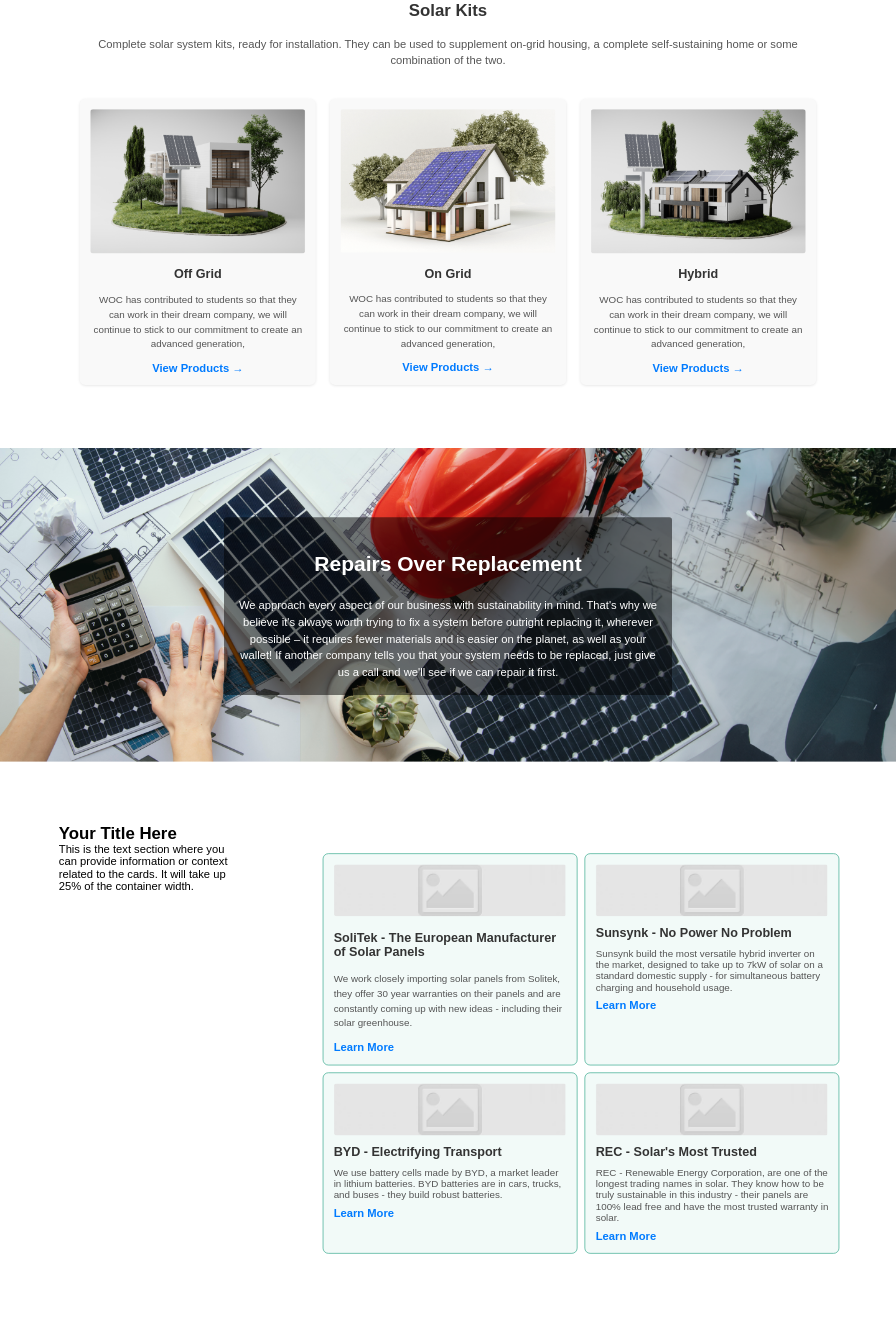
Repository: MaramNabil872/Landing-Page
Page: landingPage.html
The author's editor kept a copy of each file at every save. The page is drawn from the files as they stood at one save, then again after the next save.
The browser window is 1280 px wide. The pictures show the part of the page from y = 1970 to 3890 px (the page is 3888 px tall before and 3890 px after), at 70% of full size.

Above is the page before, as saved 2024-10-21 17:48:16.

### landingPage.html
<!DOCTYPE html>
<html lang="en">
    <head>
        <meta charset="UTF-8" />
        <meta name="viewport" content="width=device-width, initial-scale=1.0" />
        <title>Landing Page</title>
        <link rel="stylesheet" href="landingPage.css" />
    </head>
    <body>
        <nav class="navbar">
            <div class="logo">MyLogo</div>

            <ul class="nav-links">
                <li><a href="#home">Home</a></li>
                <li><a href="#about">About</a></li>
                <li><a href="#services">Services</a></li>
                <li><a href="#contact">Contact</a></li>
            </ul>
            <div class="call">
                <p>call us</p>
                <h3>+2 01017345</h3>
            </div>
        </nav>

        <div class="image-container">
            <img
                src="images/solar-panels-meadow 1.png"
                alt="Background Image"
                class="background-image"
            />
            <div class="main-text">
                <h2 class="text-wallpaper">
                    Solar Panel Installers <br />
                    In Plymouth
                </h2>
                <br />
                <p class="text-paragraph">
                    Fueled is an award-winning technology consultancy that
                    transforms <br />
                    businesses by generating ideas, building products, and
                    accelerating<br />
                    growth.
                </p>
                <div class="button-container">
                    <button class="button-wallpaper1">Call Us Today</button>
                    <button class="button-wallpaper2">
                        Requst a call back
                    </button>
                </div>
            </div>
        </div>

        <!-- first container -->

        <div class="container1">
            <div class="text-container1">
                <p class="title-container1">
                    The Friendliest Installers <br />in the South-West
                </p>
                <p class="paragraph-container1">
                    At Solidarity Solar our aims are to help our customers
                    towards a sustainable future and genuinely care about the
                    quality of products we use for our installs. We never sell
                    you equipment you don't need and will always advise to the
                    best of our ability, No hard sell or pushy sales tactics
                    ever. We take pride in our work and do our best to make sure
                    that we meet, or exceed, our customers' expectations.
                </p>
                <div class="last-container1">
                    <p>
                        <span class="number-container1">01/ </span>Collaborate
                        with 100+ leading
                    </p>
                    <p>
                        <span class="number-container1">02/ </span> 100+ leading
                        universities and companies
                    </p>
                    <p>
                        <span class="number-container1">03/ </span> leading
                        universities and companies
                    </p>
                    <p>
                        <span class="number-container1">04/ </span> universities
                        and companies
                    </p>
                </div>
            </div>
            <div class="image-container1">
                <img src="images/Rectangle 30.png" alt="solar" />
            </div>
        </div>

        <!-- second section -->

        <div class="section2">
            <img src="images/middle.png" alt="img" />
            <div class="main-text">
                <h2 class="section2-text">Power that Doesn't Cost the Earth</h2>
                <h6 class="section2-paragraph">
                    If you need advice then give us a call on 07745593882 or hit
                    the <br />
                    button below to request a call back!
                </h6>
                <button class="button-wallpaper2">Call Us Today</button>
            </div>
        </div>

        <!-- third section -->

        <div class="white-container">
            <h2 class="title">Solar Kits</h2>
            <p class="text">
                Complete solar system kits, ready for installation. They can be
                used to supplement on-grid housing, a complete self-sustaining
                home or some combination of the two.
            </p>

            <div class="card-container">
                <div class="card">
                    <img src="images/1.png" alt="Image 2" class="card-image" />
                    <h3 class="card-title">Off Grid</h3>
                    <p class="card-text">
                        WOC has contributed to students so that they can work in
                        their dream company, we will continue to stick to our
                        commitment to create an advanced generation,
                    </p>
                    <a href="#" class="card-link">View Products →</a>
                </div>
                <div class="card">
                    <img
                        src="images/solar-panels-meadow 2 (1).png"
                        alt="Image 3"
                        class="card-image"
                    />
                    <h3 class="card-title">On Grid</h3>
                    <p class="card-text">
                        WOC has contributed to students so that they can work in
                        their dream company, we will continue to stick to our
                        commitment to create an advanced generation,
                    </p>
                    <a href="#" class="card-link">View Products →</a>
                </div>
                <div class="card">
                    <img
                        src="images/solar-panels-meadow 3.png"
                        alt="Image 1"
                        class="card-image"
                    />
                    <h3 class="card-title">Hybrid</h3>
                    <p class="card-text">
                        WOC has contributed to students so that they can work in
                        their dream company, we will continue to stick to our
                        commitment to create an advanced generation,
                    </p>
                    <a href="#" class="card-link">View Products →</a>
                </div>
            </div>
        </div>

        <!-- forth section -->

        <div class="forth-image">
            <img src="images/8116 1 (1).png" alt="Full Width Image" />
            <div class="overlay-text">
                <h2 class="overlay-title">Repairs Over Replacement</h2>
                <p class="overlay-paragraph">
                    We approach every aspect of our business with sustainability
                    in mind. That's why we believe it's always worth trying to
                    fix a system before outright replacing it, wherever possible
                    – it requires fewer materials and is easier on the planet,
                    as well as your wallet! If another company tells you that
                    your system needs to be replaced, just give us a call and
                    we'll see if we can repair it first.
                </p>
            </div>
        </div>

        <!-- fifth section -->

        <div class="container4">
            <div class="text-section4">
                <h2>Your Title Here</h2>
                <p>
                    This is the text section where you can provide information
                    or context related to the cards. It will take up 25% of the
                    container width.
                </p>
            </div>
            <div class="card-section4">
                <div class="card4">
                    <img
                        src="images/image 9.png"
                        alt="Image 1"
                        class="card-image"
                    />
                    <h3 class="card-title">
                        SoliTek - The European Manufacturer of Solar Panels
                    </h3>
                    <p class="card-text">
                        We work closely importing solar panels from Solitek,
                        they offer 30 year warranties on their panels and are
                        constantly coming up with new ideas - including their
                        solar greenhouse.
                    </p>
                    <a href="#" class="card-link">Learn More</a>
                </div>
                <div class="card4">
                    <img
                        src="images/image 9.png"
                        alt="Image 2"
                        class="card-image4"
                    />
                    <h3 class="card-title4">Sunsynk - No Power No Problem</h3>
                    <p class="card-text4">
                        Sunsynk build the most versatile hybrid inverter on the
                        market, designed to take up to 7kW of solar on a
                        standard domestic supply - for simultaneous battery
                        charging and household usage.
                    </p>
                    <a href="#" class="card-link4">Learn More</a>
                </div>
                <div class="card4">
                    <img
                        src="images/image 9.png"
                        alt="Image 3"
                        class="card-image4"
                    />
                    <h3 class="card-title4">BYD - Electrifying Transport</h3>
                    <p class="card-text4">
                        We use battery cells made by BYD, a market leader in
                        lithium batteries. BYD batteries are in cars, trucks,
                        and buses - they build robust batteries.
                    </p>
                    <a href="#" class="card-link4">Learn More</a>
                </div>
                <div class="card4">
                    <img
                        src="images/image 9.png"
                        alt="Image 4"
                        class="card-image4"
                    />
                    <h3 class="card-title4">REC - Solar's Most Trusted</h3>
                    <p class="card-text4">
                        REC - Renewable Energy Corporation, are one of the
                        longest trading names in solar. They know how to be
                        truly sustainable in this industry - their panels are
                        100% lead free and have the most trusted warranty in
                        solar.
                    </p>
                    <a href="#" class="card-link4">Learn More</a>
                </div>
            </div>
        </div>
    </body>
</html>

### landingPage.css
* {
    margin: 0;
    padding: 0;
    box-sizing: border-box; /* Added for consistent sizing */
}

body {
    font-family: Arial, sans-serif;
}
@media (max-width: 480px) {
    .text-overlay {
        font-size: 1.2rem; /* Even smaller text size for very small screens */
    }

    .call h3 {
        font-size: 1.2rem; /* Adjust call size for small screens */
    }
}
@media (max-width: 768px) {
    .navbar {
        flex-direction: column; /* Stack items vertically */
        align-items: flex-start; /* Align items to the left */
    }

    .nav-links {
        margin-top: 10px; /* Space between navbar and links */
    }

    .nav-links li {
        margin-left: 0;
        margin-bottom: 10px; /* Space between links */
    }

    .text-overlay {
        font-size: 1.5rem; /* Smaller text size for mobile */
    }
}


.navbar {
    background-color: #0b9586;
    display: flex;
    justify-content: space-between;
    align-items: center;
    padding: 10px 20px;
    position: relative;
    flex-wrap: wrap; /* Allow items to wrap on smaller screens */
}

.logo {
    color: #fff;
    font-size: 24px;
}

.nav-links {
    list-style: none;
    display: flex;
    flex-wrap: wrap; /* Allow links to wrap on smaller screens */
}

.nav-links li {
    margin-left: 20px;
}

.nav-links a {
    text-decoration: none;
    color: white;
    font-size: 18px;
    transition: color 0.3s;
}

.nav-links a:hover {
    color: #f0a500;
}

.call {
    color: #fff;
    text-align: right; /* Align text to the right */
}

.image-container {
    position: relative;
    width: 100%;
    height: 100vh;
    overflow: hidden;
}

.background-image {
    width: 100%;
    height: 100%;
    object-fit: cover;
}
.main-text{
    position: absolute;
    top: 40%;
    left:5%;
}
.text-wallpaper {


    color: white;
    font-size: 40px;
    font-weight: bold;
    text-shadow: 2px 2px 4px rgba(0, 0, 0, 0.5);
}
.text-paragraph{
    color: white;
    font-size:  18px;

}
.button-container{
    display: flex;
}
.button-wallpaper1 {
    background-color: #0b9586;
    color: white;
    border: none;
    border-radius: 20em;
    padding: 0.8em 1.5em 0.8em 1.2em;
    width: 40%;
    margin: 4%;
    height: 50px;
    font-size: 16px;
    cursor: pointer;
    align-items: center;

}
.button-wallpaper2 {
    background-color:  #FFBB1C;
    ;
    color: white;
    border: none;
    border-radius: 20em;
    padding: 0.8em 1.5em 0.8em 1.2em;
    width: 40%;
    margin: 4%;
    height: 50px;
    font-size: 16px;
    cursor: pointer;
    align-items: center;

}

.container1 {
    display: flex;
    background-color: white;
    padding-top: 10%;
    border-radius: 8px;
    max-width: 1200px;
    margin: 20px auto;


}
.title-container1{
    font-size: 37px;
    font-weight: bold;


}
.text-container1 {
   flex:1;
    padding-right:5%;
padding-left: 5%;}
.paragraph-container1{
    margin-top: 5%;
    line-height: 1.3;
}

.last-container1{
    font-size: 20px;
    font-weight: bold;
    padding-top: 10%;
    line-height: 1.6;
    .number-container1{
        color:#84BD3A;
        ;
    }
}
.image-container1 {
   flex:1
}

.image-container1 img {
    width: 75%;
    height: auto;
    border-radius: 8px;
}


.section2 {
    position: relative;
    width: 100%;
    overflow: hidden;
}

.section2 img {
    width: 100%;
    height: auto; }

.section2-text {
font-size: 35px;
    color: white;

}
.section2-paragraph{
    padding-top: 5%;
    line-height: 1.5;

    font-size: 16px;
    color: white;
}

/* third section */
.white-container {
    background-color: white;
    padding: 5%;
    max-width: 1200px;
    margin: 2% auto;
}

.title {
    margin-bottom: 2%;
    font-size: 24px;
    color: #333;
    text-align: center;

}

.text {
    margin-bottom: 2%;
    font-size: 16px;
    color: #555;
    line-height: 1.5;
    text-align: center;
}

.card-container {
    display: flex;
    justify-content: space-between;
    margin-top: 4%;
}

.card {
    background-color: #f9f9f9;
    border-radius: 8px;
    box-shadow: 0 1px 4px rgba(0, 0, 0, 0.1);
    padding: 15px;
    text-align: center;
    flex: 1;
    margin: 0 10px;
}

.card-image {
    width: 100%;
    height: auto;
    border-radius: 4px;
}

.card-title {
    font-size: 18px;
    color: #333;
    margin-top: 5%;

}

.card-text {
    font-size: 14px;
    color: #555;
    margin-top: 5%;
    margin-bottom: 5%;
    line-height: 1.5;

}

.card-link {
    text-decoration: none;
    color: #007bff;
    font-weight: bold;
}

.card-link:hover {
    text-decoration: underline;
}
@media (max-width: 768px) {
    .card-container {
        flex-direction: column;
    }

    .card {
        flex: 1 1 100%;
        max-width: 100%;
        margin: 10px 0;
    }
}

/* forth css */

.forth-image {
    position: relative;
    width: 100%;
    overflow: hidden;
}

.forth-image img {
    width: 100%;
    height: auto;
}

.overlay-text {
    position: absolute;
    top: 50%;
    left: 50%;
    transform: translate(-50%, -50%);
    color: white;
    text-align: center;
    padding: 20px;
    background-color: rgba(0, 0, 0, 0.5);
    border-radius: 4px;
}
.overlay-title{
    margin-top: 5%;
    margin-bottom: 5%;
    font-size: 30px;

}
.overlay-paragraph{
    margin-top: 4%;
    line-height: 1.5;
    font-size: 16px;

}

/* //forth section// */


.container4 {
    display: flex;
    max-width: 1200px;
    margin: 5%;
}

.text-section4 {
    flex: 0 0 25%;
    padding: 20px;

}

.card-section4 {
    margin-left: 4%;
    flex: 0 0 75%;
    display: flex;
    flex-wrap: wrap;
    justify-content: space-between;
    padding: 5%;
}

.card4 {

    background-color: #3cab8f10;
    border-radius: 8px;
   border: 1px solid #3CAB90;
    padding: 15px; /* Padding inside the cards */

    flex: 0 0 calc(50% - 10px); /* Each card takes half of the card section width minus margin */
    margin: 5px; /* Margin around cards */
}

.card-image4 {
    width: 100%; /* Make the image take full width of the card */
    height: auto; /* Maintain aspect ratio */
    border-radius: 4px; /* Rounded corners for the image */
}

.card-title4 {
    font-size: 18px; /* Font size for card titles */
    color: #333; /* Color of card title text */
    margin: 10px 0; /* Margin above and below card title */
}

.card-text4 {
    font-size: 14px; /* Font size for card text */
    color: #555; /* Color of card text */
    margin: 10px 0; /* Margin above and below card text */
}

.card-link4 {
    text-decoration: none; /* Remove underline from link */
    color: #007bff; /* Link color */
    font-weight: bold; /* Bold link text */
}

.card-link4:hover {
    text-decoration: underline; /* Underline link on hover */
}

/* Media Query for Mobile Responsiveness */
@media (max-width: 768px) {
    .container4 {
        flex-direction: column; /* Stack text and cards vertically */
    }

    .text-section4 {
        flex: 1 1 100%; /* Full width for text section on mobile */
    }

    .card-section4 {
        flex: 1 1 100%; /* Full width for card section on mobile */
        display: flex; /* Use Flexbox for cards */
        flex-wrap: wrap; /* Allow cards to wrap */
    }

    .card4 {
        flex: 0 0 100%; /* Each card takes full width on mobile */
        margin: 10px 0; /* Margin above and below each card */
    }
}

After the next save:
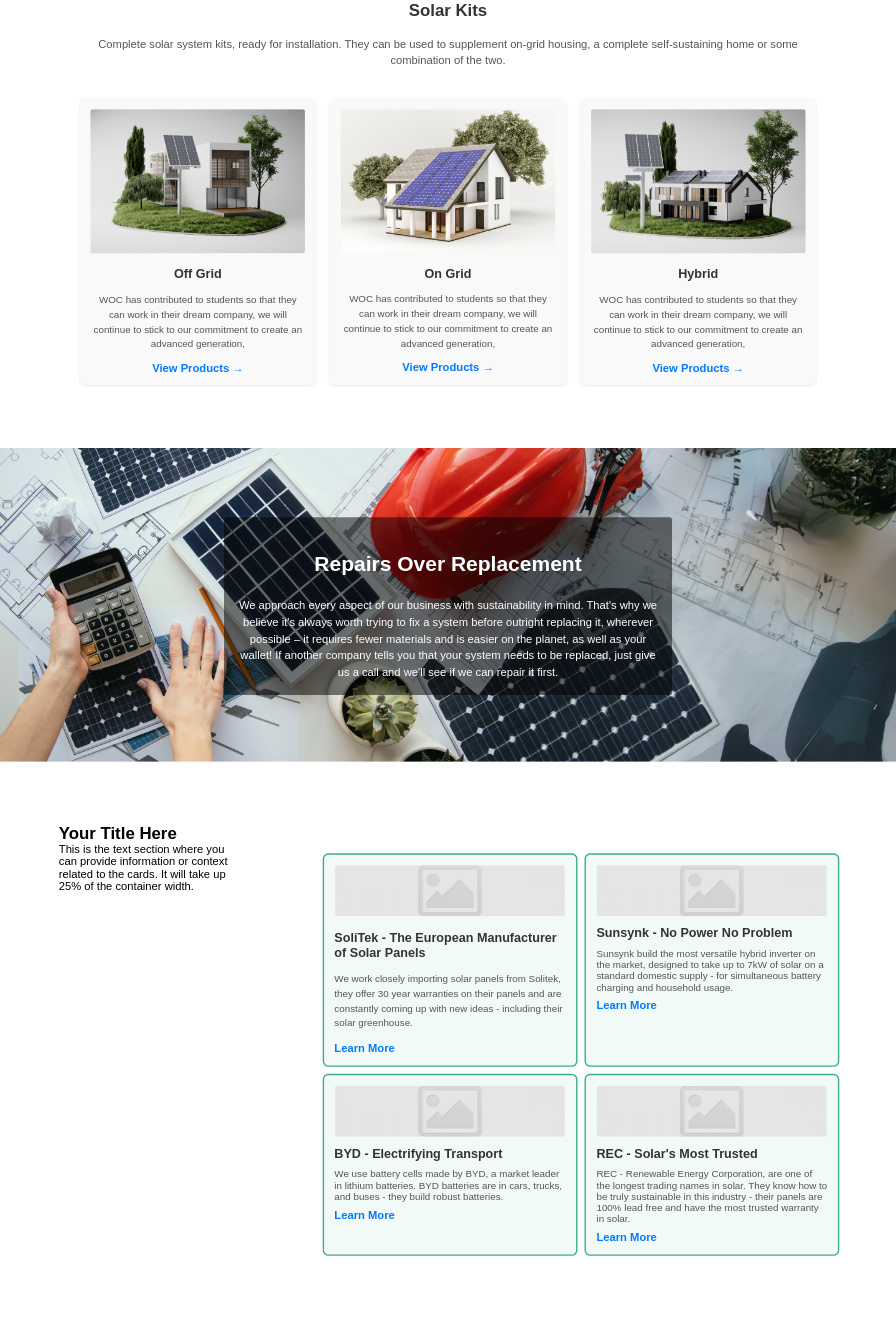
Saved 3 min 39 s later.
--- a/landingPage.css
+++ b/landingPage.css
@@ -358,7 +358,7 @@ font-size: 35px;
 
     background-color: #3cab8f10;
     border-radius: 8px;
-   border: 1px solid #3CAB90;
+   border: 2px solid #3CAB90;
     padding: 15px; /* Padding inside the cards */
 
     flex: 0 0 calc(50% - 10px); /* Each card takes half of the card section width minus margin */
